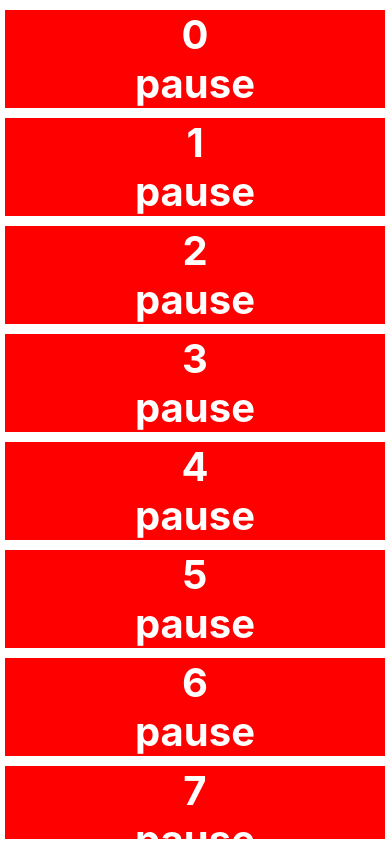
Repository: asnaeb1-dev/Video-List-Test
Screen: /
The author's editor kept a copy of each file at every save. The screen is drawn from the files as they stood at one save, then again after a run of saves.
An inner scrolling area shows only its first screen. The app was drawn by React Native's web renderer in a window 390 px wide. The project was rebuilt for these pictures with package versions that can differ from the ones it lists, and the page was loaded fresh each time.

Above is the screen before, as saved 2020-08-08 14:11:23.

### App.js
import React,{Component} from 'react';
import {View, StyleSheet, FlatList, Text, Dimensions} from 'react-native'
import ListItem from './src/Components/ListItem'

export default class App extends Component{
  constructor(props){
    super(props)
    this.state={
      PREV_VALUE: 0,
      screenHeight: Dimensions.get('window').height,
      playVideo: false,
      list: [
        {
          id: 0,
          isVisible: false,
        },{
          id: 1,
          isVisible: false,
        },{
          id: 2,
          isVisible: false,
        },{
          id: 3,
          isVisible: false,
        },{
          id: 4,
          isVisible: false,
        },{
          id: 5,
          isVisible: false,
        },{
          id: 6,
          isVisible: false,
        },{
          id: 7,
          isVisible: false,
        },{
          id: 8,
          isVisible: false,
        },{
          id: 9,
          isVisible: false,
        },{
          id: 10,
          isVisible: false,
        },{
          id: 11,
          isVisible: false,
        },{
          id: 12,
          isVisible: false,
        },{
          id: 13,
          isVisible: false,
        },{
          id: 14,
          isVisible: false,
        }
      ]
    }
  }

  onViewableItemsChanged = ({viewableItems, changed}) => {
    changed.forEach((item, index) => {
      this.setState({
      })
    })
  }

  handleScroll = (presentValue) => {
    //movement is down
    const prevValue = this.state.PREV_VALUE;
    if(presentValue - prevValue > 0){
      if(presentValue - prevValue <= 15){
          this.setState({playVideo: true})
      }else{
        this.setState({playVideo: false})
      }
    }else{
      //movement is up
      if(Math.abs(presentValue - prevValue) <= 15 ){
          this.setState({playVideo: true})
      }else{
        this.setState({playVideo: false})
      }
    }
    this.setState({PREV_VALUE: presentValue});
  }

  render(){
    return(
      <View style={{flex: 1, margin: 5}}>
        <FlatList
          data={this.state.list}
          renderItem = {({item}) => <ListItem isVisible={true} _id={item.id} playVideo={this.state.playVideo} height={this.state.screenHeight/3}/>}
          windowSize= {5}
          onViewableItemsChanged={this.onViewableItemsChanged}
          onScroll={(e) => this.handleScroll(e.nativeEvent.contentOffset.y)}
        />
      </View>
    )
  }
}

### src/Components/ListItem.js
import React, { Component } from 'react';
import { View, TouchableOpacity, Text } from 'react-native';

export default class ListItem extends Component{
    render(){
        return(
            <TouchableOpacity style={  !this.props.playVideo?
                {flex: 1,height: this.props.height, backgroundColor: 'red', marginVertical: 5, justifyContent: 'center', alignItems: 'center'}:
                {flex: 1,height: this.props.height, backgroundColor: 'blue', marginVertical: 5, justifyContent: 'center', alignItems: 'center'}
            }>
                <Text style={{color: '#fff', fontSize: 40, fontWeight: 'bold'}}>{this.props._id}</Text>
                <Text style={{color: '#fff', fontSize: 40, fontWeight: 'bold'}}>{this.props.playVideo? 'play':'pause'}</Text>
            </TouchableOpacity>
        )
    }
}

After the next 4 saves:
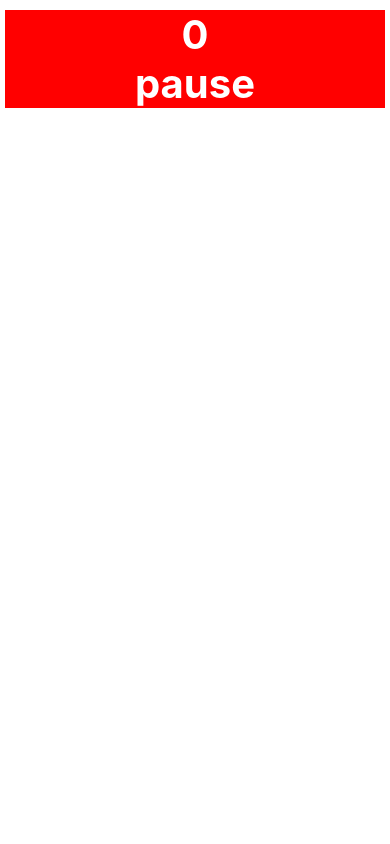
The 4 saves are shown as one change because 3 did not build or start.
The last was saved 8 min 28 s later.
--- a/App.js
+++ b/App.js
@@ -13,49 +13,50 @@ export default class App extends Component{
         {
           id: 0,
           isVisible: false,
-        },{
-          id: 1,
-          isVisible: false,
-        },{
-          id: 2,
-          isVisible: false,
-        },{
-          id: 3,
-          isVisible: false,
-        },{
-          id: 4,
-          isVisible: false,
-        },{
-          id: 5,
-          isVisible: false,
-        },{
-          id: 6,
-          isVisible: false,
-        },{
-          id: 7,
-          isVisible: false,
-        },{
-          id: 8,
-          isVisible: false,
-        },{
-          id: 9,
-          isVisible: false,
-        },{
-          id: 10,
-          isVisible: false,
-        },{
-          id: 11,
-          isVisible: false,
-        },{
-          id: 12,
-          isVisible: false,
-        },{
-          id: 13,
-          isVisible: false,
-        },{
-          id: 14,
-          isVisible: false,
         }
+        // },{
+        //   id: 1,
+        //   isVisible: false,
+        // },{
+        //   id: 2,
+        //   isVisible: false,
+        // },{
+        //   id: 3,
+        //   isVisible: false,
+        // },{
+        //   id: 4,
+        //   isVisible: false,
+        // },{
+        //   id: 5,
+        //   isVisible: false,
+        // },{
+        //   id: 6,
+        //   isVisible: false,
+        // },{
+        //   id: 7,
+        //   isVisible: false,
+        // },{
+        //   id: 8,
+        //   isVisible: false,
+        // },{
+        //   id: 9,
+        //   isVisible: false,
+        // },{
+        //   id: 10,
+        //   isVisible: false,
+        // },{
+        //   id: 11,
+        //   isVisible: false,
+        // },{
+        //   id: 12,
+        //   isVisible: false,
+        // },{
+        //   id: 13,
+        //   isVisible: false,
+        // },{
+        //   id: 14,
+        //   isVisible: false,
+        // }
       ]
     }
   }
@@ -66,6 +67,11 @@ export default class App extends Component{
       })
     })
   }
+
+  sendLayout = (e) => {
+    console.log(e);
+  }
+
 
   handleScroll = (presentValue) => {
     //movement is down
@@ -92,7 +98,7 @@ export default class App extends Component{
       <View style={{flex: 1, margin: 5}}>
         <FlatList
           data={this.state.list}
-          renderItem = {({item}) => <ListItem isVisible={true} _id={item.id} playVideo={this.state.playVideo} height={this.state.screenHeight/3}/>}
+          renderItem = {({item}) => <ListItem isVisible={true} _id={item.id} playVideo={this.state.playVideo} height={this.state.screenHeight/3} sendLayout={this.sendLayout.bind(this)}/>}
           windowSize= {5}
           onViewableItemsChanged={this.onViewableItemsChanged}
           onScroll={(e) => this.handleScroll(e.nativeEvent.contentOffset.y)}
--- a/src/Components/ListItem.js
+++ b/src/Components/ListItem.js
@@ -4,7 +4,9 @@ import { View, TouchableOpacity, Text } from 'react-native';
 export default class ListItem extends Component{
     render(){
         return(
-            <TouchableOpacity style={  !this.props.playVideo?
+            <TouchableOpacity
+                onLayout={(e) => this.props.sendLayout(e.nativeEvent.layout)}
+            style={  !this.props.playVideo?
                 {flex: 1,height: this.props.height, backgroundColor: 'red', marginVertical: 5, justifyContent: 'center', alignItems: 'center'}:
                 {flex: 1,height: this.props.height, backgroundColor: 'blue', marginVertical: 5, justifyContent: 'center', alignItems: 'center'}
             }>
